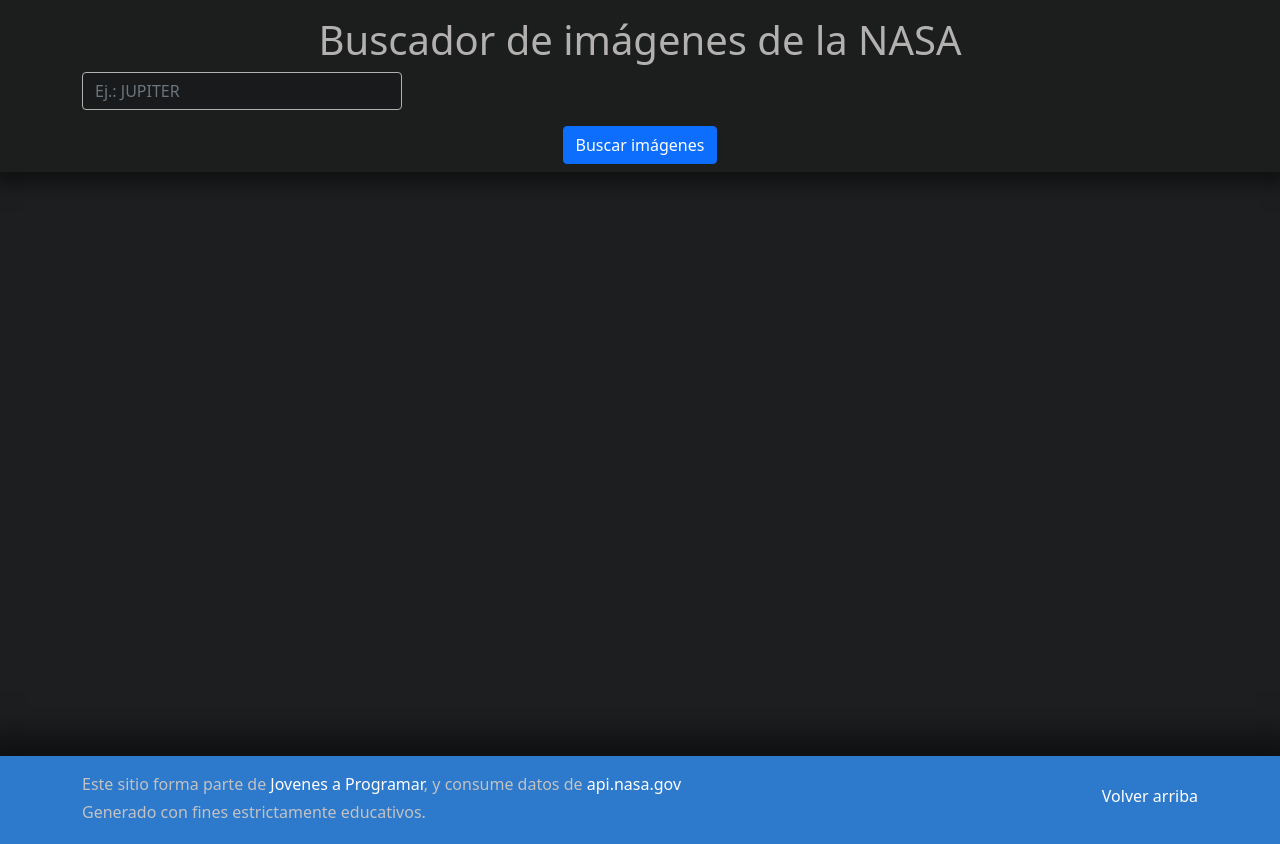
Repository: romancegirl/galaxies
Page: index.html
The author's editor kept a copy of each file at every save. The page is drawn from the files as they stood at one save, then again after the next save.
The browser window is 1280 px wide. The pictures show the whole page.

Above is the page before, as saved 2024-11-30 04:20:19.

### index.html
<!doctype html>
<html lang="es">

<head>
  <meta charset="utf-8">
  <meta name="viewport" content="width=device-width, initial-scale=1">
  <title>Buscador de imágenes de la NASA</title>

  <link href="css/bootstrap.min.css" rel="stylesheet">
  <link rel="stylesheet" href="css/style.css">
</head>

<body>

  <header>
    <div class="d-flex flex-column justify-content-center align-items-center" id="intro">
      <div class="text-center container">
        <h1 class="fw-light">Buscador de imágenes de la NASA</h1>
        <input type="search" class="form-control my-2" name="buscar" id="inputBuscar" placeholder="Ej.: JUPITER">
        <button class="btn btn-primary my-2" id="btnBuscar">Buscar imágenes</button>
      </div>
    </div>
  </header>


  <main>
    <div class="container">
      <div id="contenedor">
      </div>
    </div>
  </main>


  <footer class="text-muted py-3">
    <div class="container">
      <p class="float-end mb-1">
        <a href="#">Volver arriba</a>
      </p>
      <p class="mb-1">Este sitio forma parte de <a href="https://jovenesaprogramar.edu.uy/" target="_blank">
          Jovenes a Programar</a>, y consume datos de <a href="https://api.nasa.gov/" target="_blank">
          api.nasa.gov</a></p>
      <p class="mb-1">Generado con fines estrictamente educativos.</p>
    </div>
  </footer>

  <script src="https://cdn.jsdelivr.net/npm/bootstrap@5.3.1/dist/js/bootstrap.bundle.min.js"></script>
  <script src="js/space.js"></script>

</body>

</html>

### css/style.css
body {
    background-color: #1C1E1F;
    color: #B2B1B0;
    display: flex;
    flex-direction: column;
    min-height: 100vh;
}

main {
    min-height: calc(100vh - 160px);
    flex-grow: 1;
}

#intro {
    background-color: #1c1e1f9b;
    padding-top: 1rem;
    position: relative;
    box-shadow: 0 0 20px 10px rgba(0, 0, 0, 0.5);
}

input {
    width: 20rem !important;
    align-items: center;
    align-content: center;
}




input[type="search"] {
    background-color: #181A1B;
    border: 1px solid #B2B1B0;
    color: #B2B1B0;
}

input[type="search"]:focus {
    box-shadow: 0 0 5px #2D79CC;
    background-color: #181A1B;
    border: 1px solid #2D79CC;
    color: #B2B1B0;
}

.form-control {
    margin-bottom: 0.5rem;
}


#contenedor {
    display: flex;
    flex-wrap: wrap;
    justify-content: center;
    gap: 1rem;
    align-items: center;
}

.card {
    width: 22rem;
    height: 500px;
    display: flex;
    flex-direction: column;
    overflow: hidden;
    margin-top: 2rem;
    background-color: #181A1B;
    color: #c3c2c2;
    box-shadow: 0 0 4px 4px #2d7acc66;
}

.card-img-top {
    width: 100%;
    height: 250px;
    object-fit: cover;
}

.card-body {
    height: 250px;
    overflow-y: auto;
    padding: 1rem;
}

.card-text {
    display: -webkit-box;
    -webkit-line-clamp: 3;
    -webkit-box-orient: vertical;
    overflow: hidden;
    transition: all 0.3s ease-in-out;
}

.card-text.more {
    -webkit-line-clamp: 3;
    overflow: hidden;
}

.card-text.full {
    -webkit-line-clamp: unset;
    overflow: visible;
}

#more {
    cursor: pointer;
    color: #007bff;
    text-decoration: none;
    display: block;
    margin-top: 10px;
}



footer {
    background-color: #2D79CC;
    bottom: 0;
    width: 100%;
    margin-top: 1.5rem;
    box-shadow: 0 0 30px 20px rgba(0, 0, 0, 0.5);
}

footer p {
    color: #c3c2c2
}

footer a {
    color: #ffffff;
    text-decoration: none;
}

footer a:hover {
    color: #9b9a9b;
    transform: scale(1.05);
    transition: color 0.3s, text-shadow 0.3s;
}

footer .float-end {
    transform: translateY(50%);
}




@media (max-width: 1200px) {
    .col-lg-6 {
        width: 50%;
    }
}

@media (max-width: 768px) {
    .col-md-4 {
        width: 100%;
    }
}

### js/space.js
// Función para alternar la visibilidad del texto
function toggleDescription(button) {
    const cardBody = button.closest('.card-body');
    const descriptionText = cardBody.querySelector('.card-text');

    // Alternar clases entre "more" y "full" en el texto de la descripción
    if (descriptionText.classList.contains('more')) {
        descriptionText.classList.remove('more');
        descriptionText.classList.add('full');
        button.textContent = 'Ver menos'; // Cambiar el texto del botón
    } else {
        descriptionText.classList.remove('full');
        descriptionText.classList.add('more');
        button.textContent = 'Ver más'; // Cambiar el texto del botón
    }
}

// Asegúrate de que el evento de clic esté correctamente asignado en el HTML generado
const inputBuscar = document.getElementById('inputBuscar');
const btnBuscar = document.getElementById('btnBuscar');
const contenedor = document.getElementById('contenedor');

const searchNASAImages = async () => {
    const query = inputBuscar.value.trim();

    if (!query) {
        alert('Por favor, ingresa un término de búsqueda.');
        return;
    }

    const nasaAPI = `https://images-api.nasa.gov/search?q=${query}`;

    try {
        const response = await fetch(nasaAPI);
        const data = await response.json();

        const items = data.collection.items;
        if (!items || items.length === 0) {
            contenedor.innerHTML = `
            <h3><strong>No hemos encontrado información relacionada a "${query}".</strong></h3>`;
            return;
        }

        contenedor.innerHTML = '';

        const row = document.createElement('div');
        row.className = 'row';

        items.forEach((item) => {
            const { title, description, date_created } = item.data[0];
            const imageUrl = item.links?.[0]?.href || 'https://via.placeholder.com/150';

            // Crear la tarjeta
            const card = document.createElement('div');
            card.className = 'col-12 col-md-4 mb-6';

            // Contenido de la tarjeta
            card.innerHTML = `
                <div class="card">
                    <img src="${imageUrl}" class="card-img-top" alt="${title}">
                    <div class="card-body">
                        <h5 class="card-title">${title}</h5>
                        <p class="card-text more">${description || 'Descripción no disponible.'}</p>
                        <!-- Aquí controlamos la visibilidad del botón -->
                        ${description && description.length > 200 ? '<p class="card-text" id="more" onclick="toggleDescription(this)">Ver más</p>' : ''}
                        <p class="card-text"><small class="text-muted">Fecha: ${new Date(date_created).toLocaleDateString()}</small></p>
                    </div>
                </div>
            `;

            const descriptionText = card.querySelector('.card-text');
            const moreButton = card.querySelector('#more');
            if (!description || description.length <= 200) {
                if (moreButton) {
                    moreButton.style.display = 'none';
                }
                descriptionText.classList.add('full');
            }

            row.appendChild(card);
        });

        contenedor.appendChild(row);
    } catch (error) {
        console.error('Error al obtener datos:', error);
        contenedor.innerHTML = `<p class="text-center text-danger">Ocurrió un error al obtener los datos.</p>`;
    }
};

btnBuscar.addEventListener('click', searchNASAImages);
inputBuscar.addEventListener('keydown', (event) => {
    if (event.key === 'Enter') {
        event.preventDefault();
        searchNASAImages();
    }
});

Loaded but not shown: css/bootstrap.min.css (library)

After the next save:
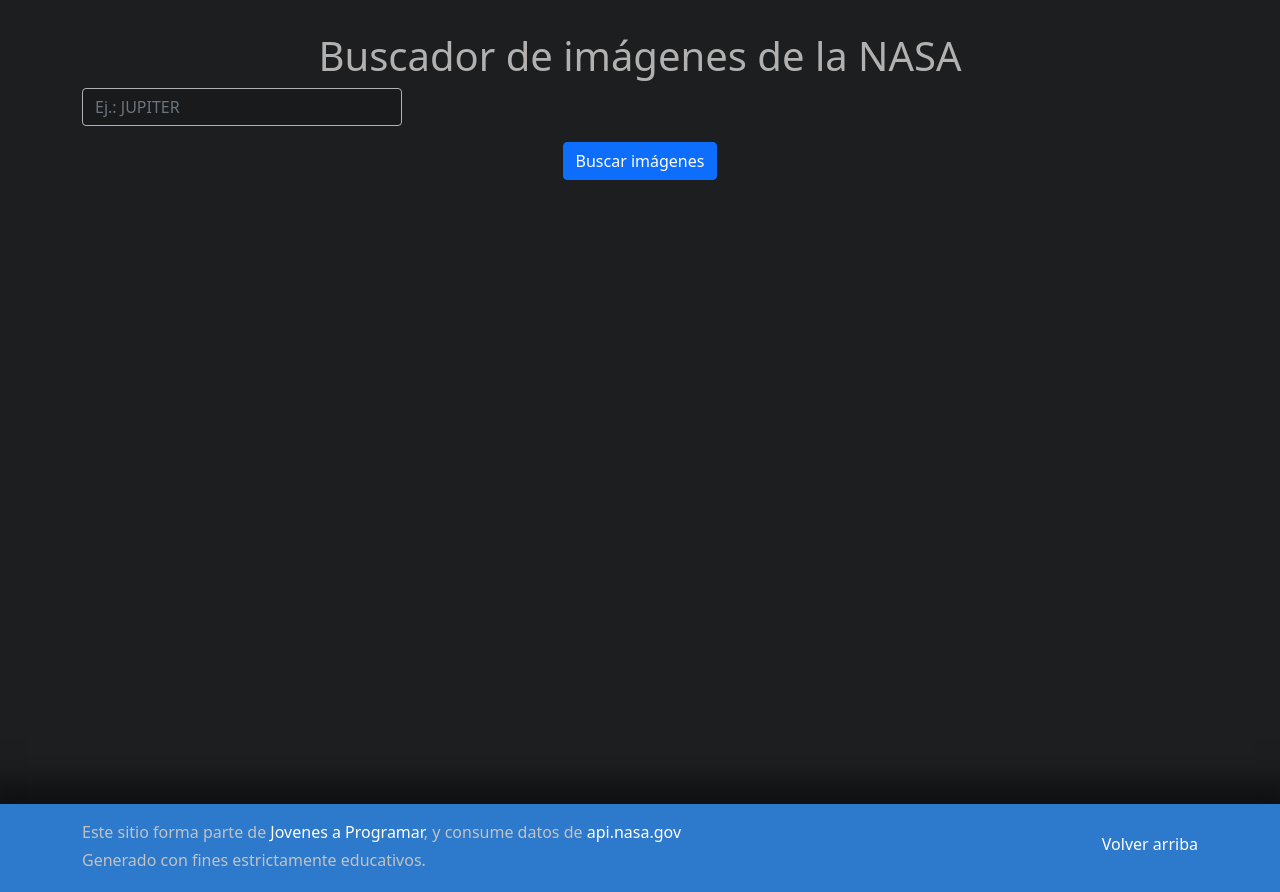
Saved 22 s later.
--- a/css/style.css
+++ b/css/style.css
@@ -12,18 +12,17 @@ main {
 }
 
 #intro {
-    background-color: #1c1e1f9b;
-    padding-top: 1rem;
-    position: relative;
-    box-shadow: 0 0 20px 10px rgba(0, 0, 0, 0.5);
+    display: flex;
+    flex-direction: column;
+    justify-content: center;
+    align-items: center;
+    padding: 2rem;
 }
 
 input {
     width: 20rem !important;
-    align-items: center;
-    align-content: center;
+    margin-bottom: 1rem;
 }
-
 
 
 
